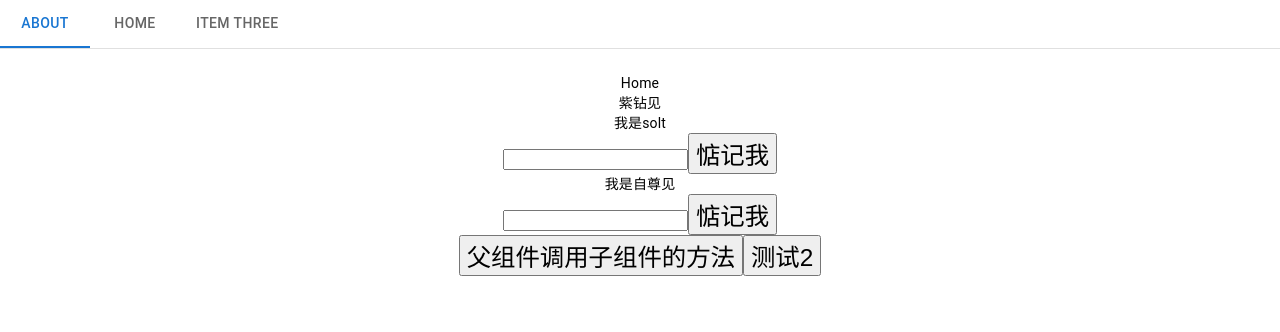
Repository: wupengwupeng/react-ts-vite
Page: /home
The author's editor kept a copy of each file at every save. The page is drawn from the files as they stood at one save, then again after the next save.
The browser window is 1280 px wide. The pictures show the whole page.
The project was rebuilt for these pictures with package versions that can differ from the ones it lists, and the page was loaded fresh each time. Also part of the build but not shown: vite.config.ts, src/components/Test.tsx, src/components/TestTwo.tsx, src/components/count.tsx, src/page/about.tsx.

Above is the page before, as saved 2022-10-07 15:17:53.

After the next save:
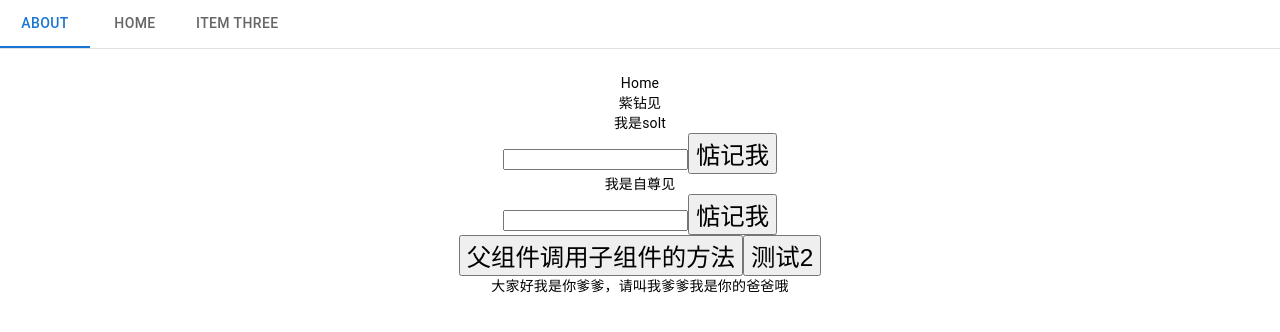
Saved 26 s later.
--- a/src/page/home.tsx
+++ b/src/page/home.tsx
@@ -8,7 +8,7 @@ export function Home() {
   const childRef: any = useRef();
   const cdRef: any = useRef();
   const innerRef: any = useRef();
-  const source = "";
+  const source = "大家好我是你爹爹，请叫我爹爹我是你的爸爸哦";
   const emit = (val: any) => {
     console.log(val);
   };
